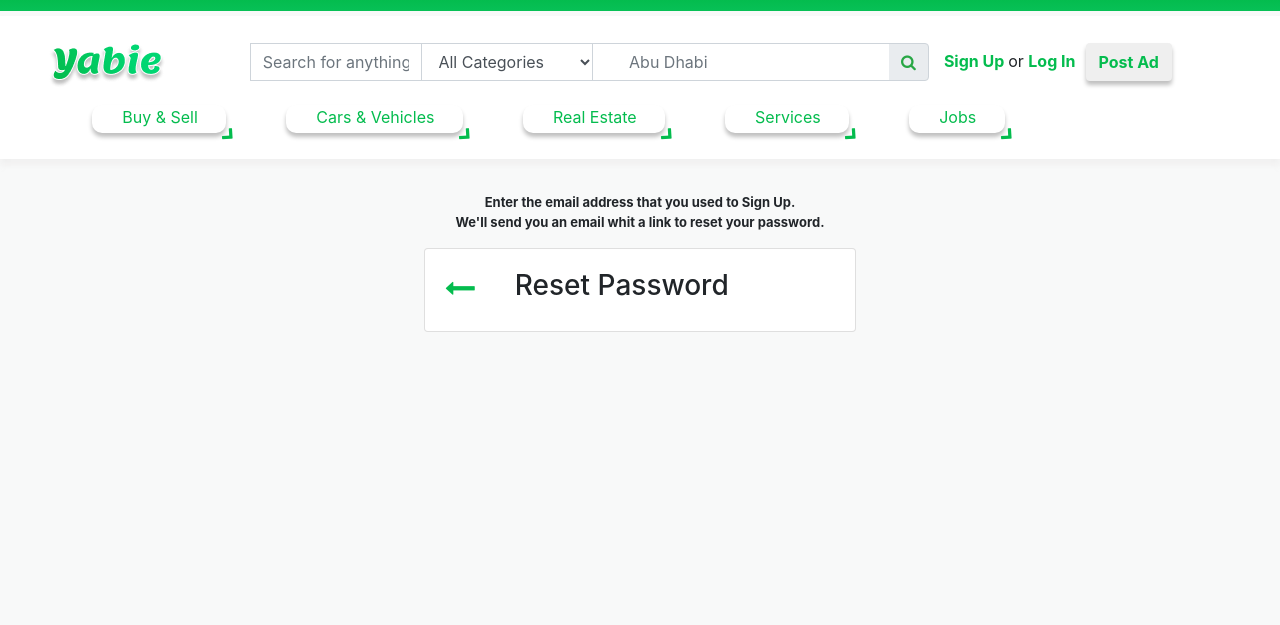
Repository: muazzamkha95/yabie
Page: forgot-password.html
These files come from the project's save history. The page is drawn as it stood at one moment and after a run of saves; the edit follows.
The browser window is 1280 px wide. The pictures show the whole page.

Above is the page before, as saved 2020-07-09 16:01:17.
Console error: TypeError: Cannot read properties of undefined (reading 'fn')

After the next 4 saves:
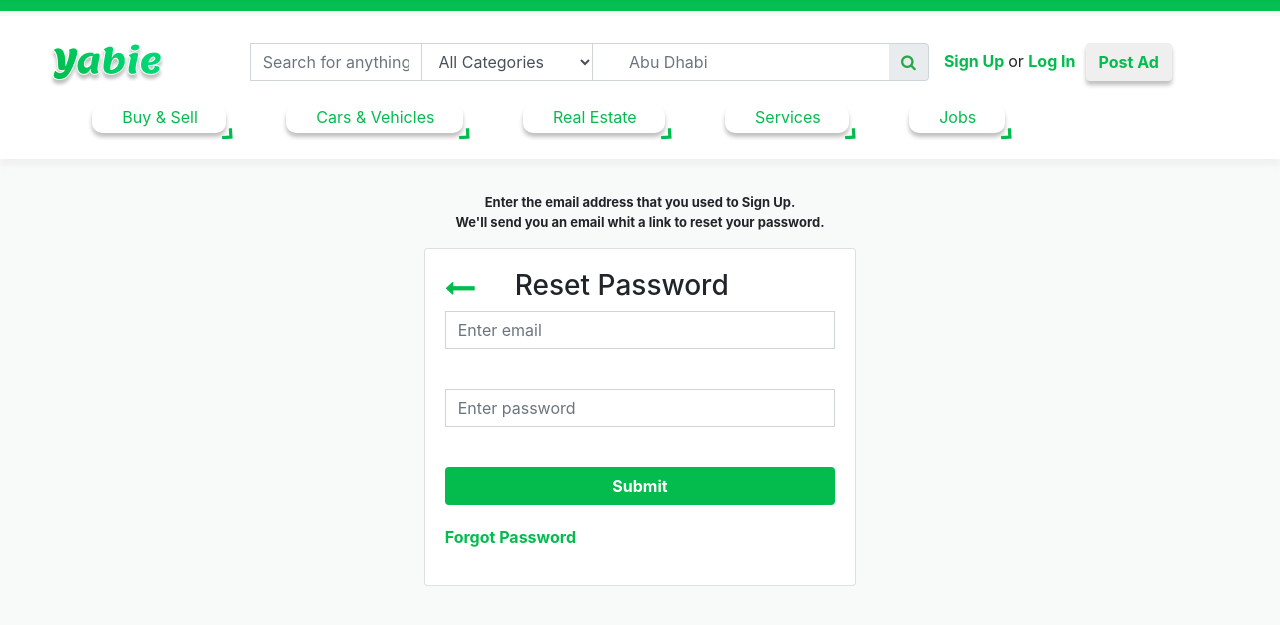
The 4 saves are shown as one change because they came seconds apart.
The last was saved 8 s later.
--- a/forgot-password.html
+++ b/forgot-password.html
@@ -74,7 +74,27 @@
                                     <h3>Reset Password</h3>
                                 </div>
                             </div>
-                            <div class="ro"></div>
+                            <div class="row">
+                                <div class="col-md-12">
+                                    <form action="/action_page.php">
+                                        <div class="form-group">
+
+                                          <input type="email" class="form-control" id="email" placeholder="Enter email" name="email">
+                                        </div>
+                                        <br/>
+                                        <div class="form-group">
+
+                                          <input type="password" class="form-control" id="pwd" placeholder="Enter password" name="pwd">
+                                        </div>
+                                        <br/>
+                                        <button type="submit" class="btn btn-default login-btn">Submit</button>
+
+                                        <div class="form-group" style="margin-top: 20px;">
+                                            <a href="#">Forgot Password</a>
+                                          </div>
+                                      </form>
+                                </div>
+                            </div>
                         </div>
                     </div>
 
